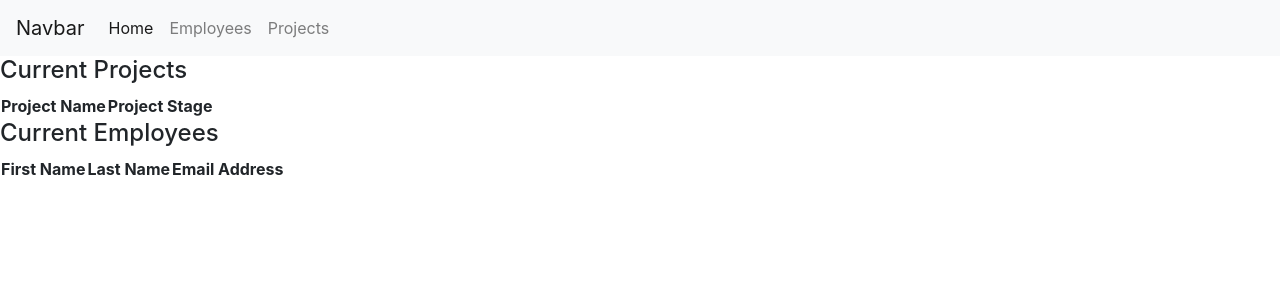
Repository: ynagay/SpringBoot
Page: http://localhost/main/home
An editor plug-in stored every save of this project. The page is shown before and after the next save, followed by the edit.
The browser window is 1280 px wide. The pictures show the whole page.
The page is this project's Thymeleaf template; nobody is signed in. The template is opened directly, without the code that normally fills it, so the values that code supplies are empty.

Above is the page before, as saved 2022-01-09 03:09:27.

After the next save:
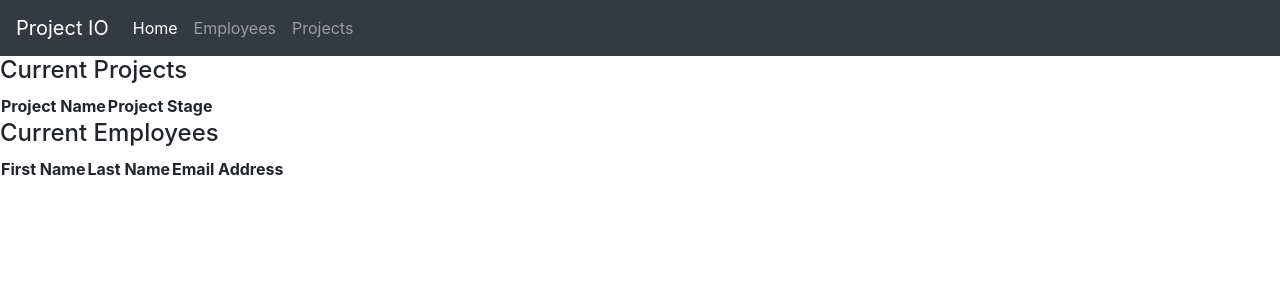
Saved 40 s later.
--- a/project-managment/src/main/resources/templates/main/home.html
+++ b/project-managment/src/main/resources/templates/main/home.html
@@ -16,8 +16,8 @@
 
 <body>
 
-<nav class="navbar navbar-expand-lg navbar-light bg-light">
-  <a class="navbar-brand" href="#">Navbar</a>
+<nav class="navbar navbar-expand-lg navbar-dark bg-dark">
+  <a class="navbar-brand" href="#">Project IO</a>
   <button class="navbar-toggler" type="button" data-toggle="collapse" data-target="#navbarSupportedContent" aria-controls="navbarSupportedContent" aria-expanded="false" aria-label="Toggle navigation">
     <span class="navbar-toggler-icon"></span>
   </button>
